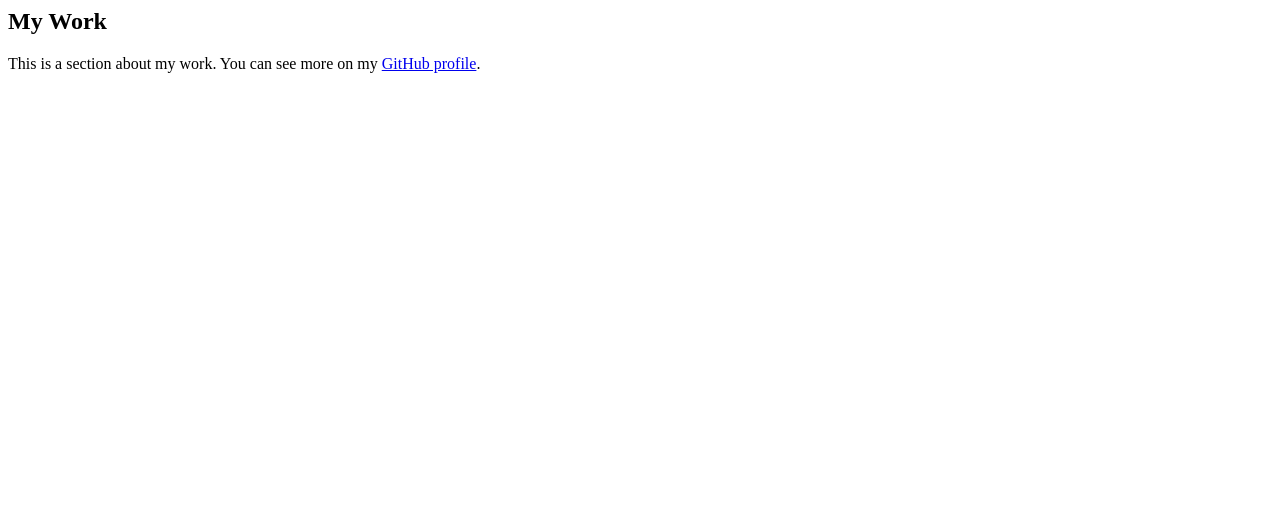
Repository: McBoatright/McBoatright.github.io
Page: my-work.html
An editor plug-in stored every save of this project. The page is shown before and after the next save, followed by the edit.
The browser window is 1280 px wide. The pictures show the whole page.

Above is the page before, as saved 2024-06-17 16:22:36.

After the next save:
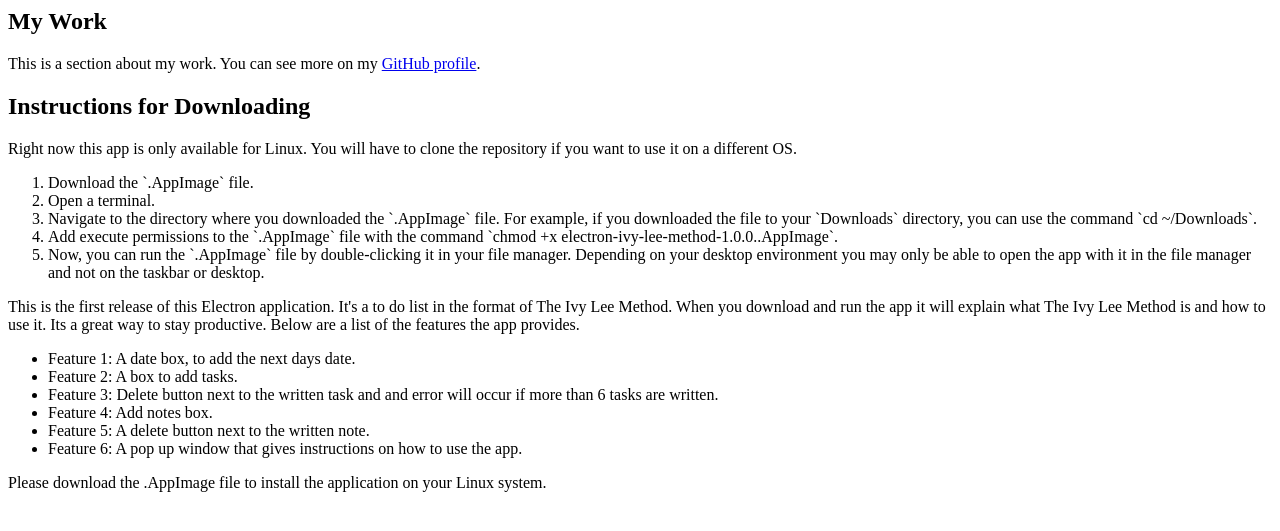
Saved 41 h 55 min later.
--- a/my-work.html
+++ b/my-work.html
@@ -2,3 +2,25 @@
     <h2>My Work</h2>
     <p>This is a section about my work. You can see more on my <a href="https://github.com/McBoatright">GitHub profile</a>.</p>
 </section>
+
+<section id="download-instructions">
+    <h2>Instructions for Downloading</h2>
+    <p>Right now this app is only available for Linux. You will have to clone the repository if you want to use it on a different OS.</p>
+    <ol>
+        <li>Download the `.AppImage` file.</li>
+        <li>Open a terminal.</li>
+        <li>Navigate to the directory where you downloaded the `.AppImage` file. For example, if you downloaded the file to your `Downloads` directory, you can use the command `cd ~/Downloads`.</li>
+        <li>Add execute permissions to the `.AppImage` file with the command `chmod +x electron-ivy-lee-method-1.0.0..AppImage`.</li>
+        <li>Now, you can run the `.AppImage` file by double-clicking it in your file manager. Depending on your desktop environment you may only be able to open the app with it in the file manager and not on the taskbar or desktop.</li>
+    </ol>
+    <p>This is the first release of this Electron application. It's a to do list in the format of The Ivy Lee Method. When you download and run the app it will explain what The Ivy Lee Method is and how to use it. Its a great way to stay productive. Below are a list of the features the app provides.</p>
+    <ul>
+        <li>Feature 1: A date box, to add the next days date.</li>
+        <li>Feature 2: A box to add tasks.</li>
+        <li>Feature 3: Delete button next to the written task and and error will occur if more than 6 tasks are written.</li>
+        <li>Feature 4: Add notes box.</li>
+        <li>Feature 5: A delete button next to the written note.</li>
+        <li>Feature 6: A pop up window that gives instructions on how to use the app.</li>
+    </ul>
+    <p>Please download the .AppImage file to install the application on your Linux system.</p>
+</section>
